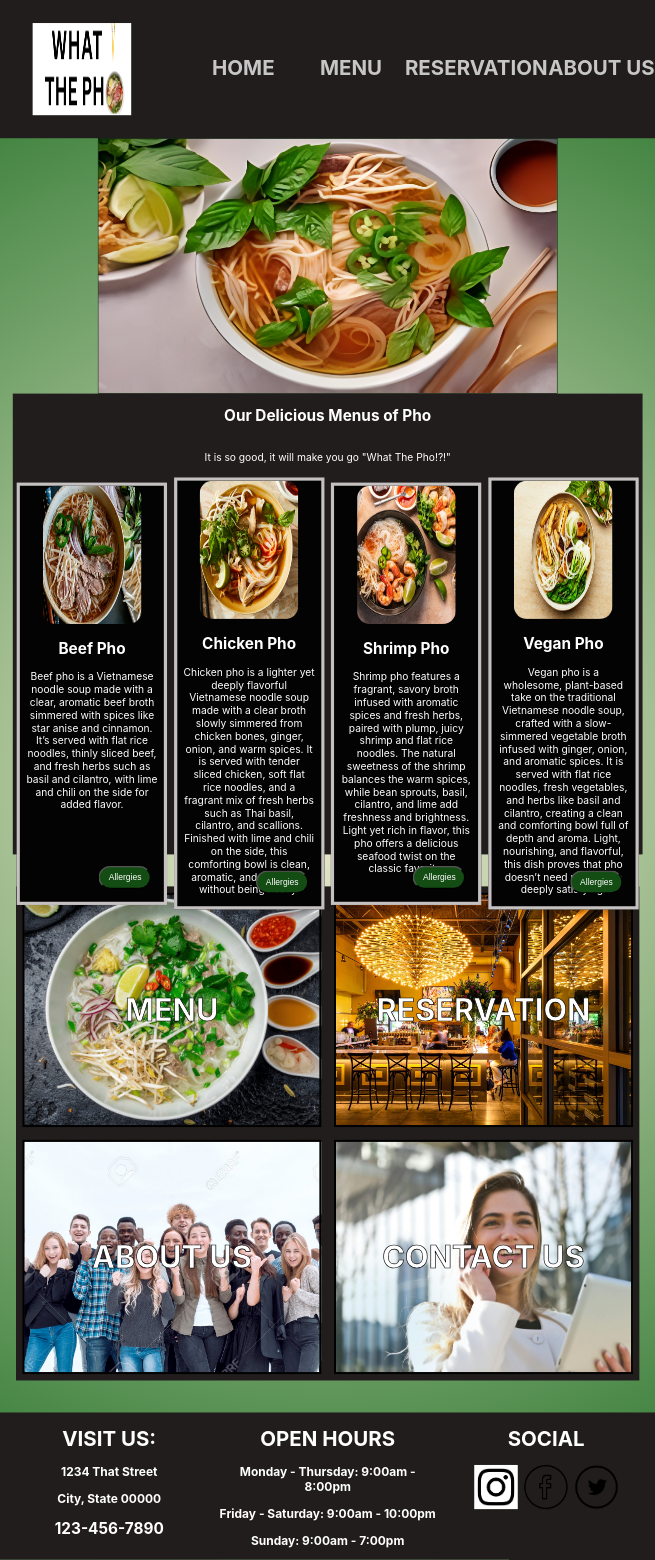
Repository: NguyenkhDang/Restaurant-Website
Page: /
An editor plug-in stored every save of this project. The page is shown before and after the next save, followed by the edit.
The browser window is 1024 px wide. The pictures show the whole page, at 64% of full size.
The project was rebuilt for these pictures with package versions that can differ from the ones it lists, and the page was loaded fresh each time. Also part of the build but not shown: src/Pages/MenuPage.js, src/CSS/ReservationForm.css, src/ReservationForm.js, src/Pages/ReservationPage.js, src/CSS/AboutUs.css, src/Pages/AboutUsPage.js, src/CSS/ContactUs.css, src/Pages/ContactUsPage.js.

Above is the page before, as saved 2026-01-18 23:19:10.

After the next save:
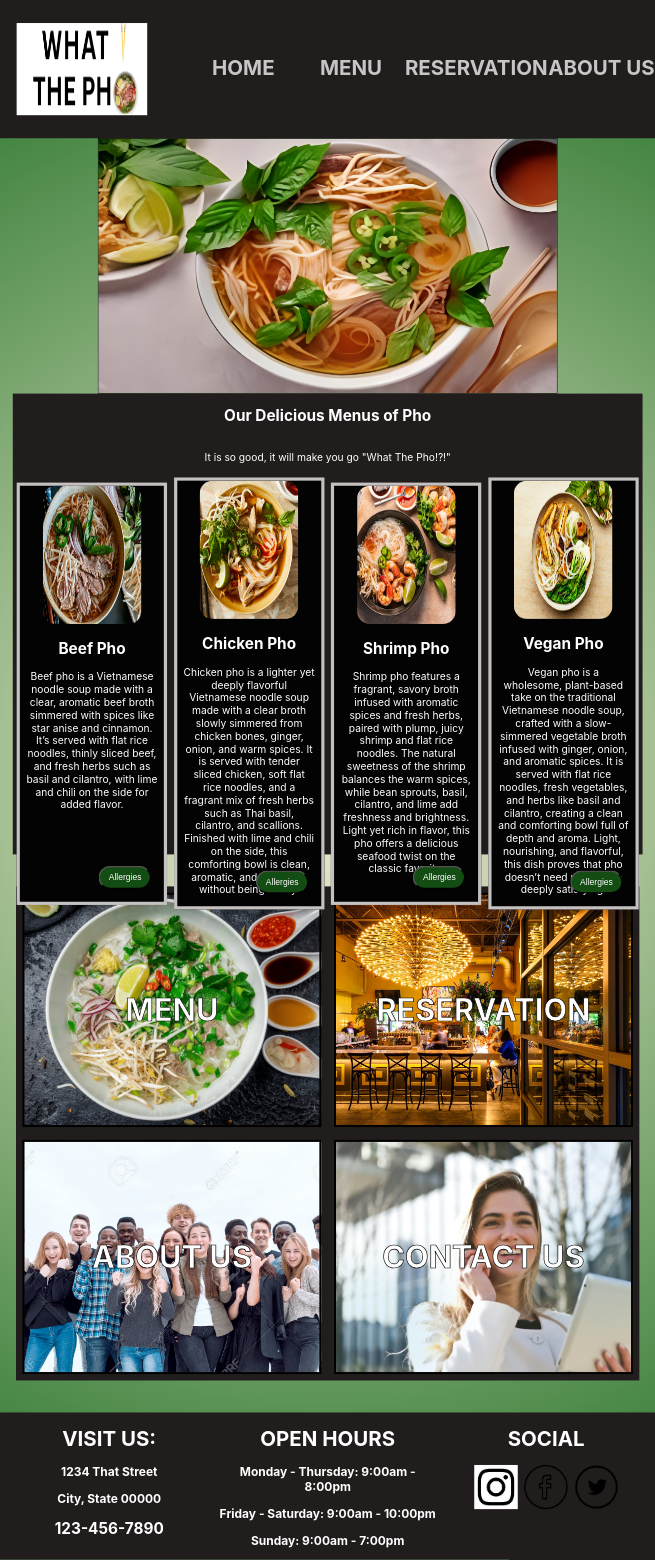
Saved 5 s later.
--- a/src/CSS/NavigationBar.css
+++ b/src/CSS/NavigationBar.css
@@ -68,6 +68,6 @@ ul li{
 
 @media only screen and (max-width: 1025px){
   .logoImage img{
-    width: 15vw;
+    width: 20vw;
   }
 }
